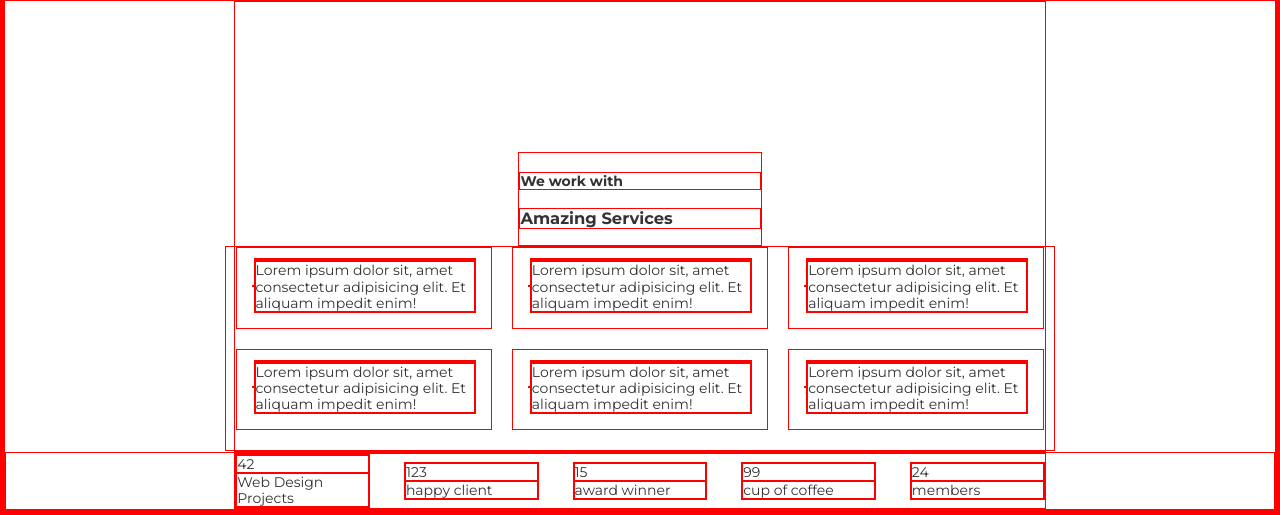
Repository: nataliiasaltan/Homework
Page: index.html
These files come from the project's save history. The page is drawn as it stood at one moment and after the next save; the edit follows.
The browser window is 1280 px wide. The pictures show the part of the page from y = 901 to 1454 px (the page is 1416 px tall before and 1454 px after).

Above is the page before, as saved 2020-02-27 10:16:31.

After the next save:
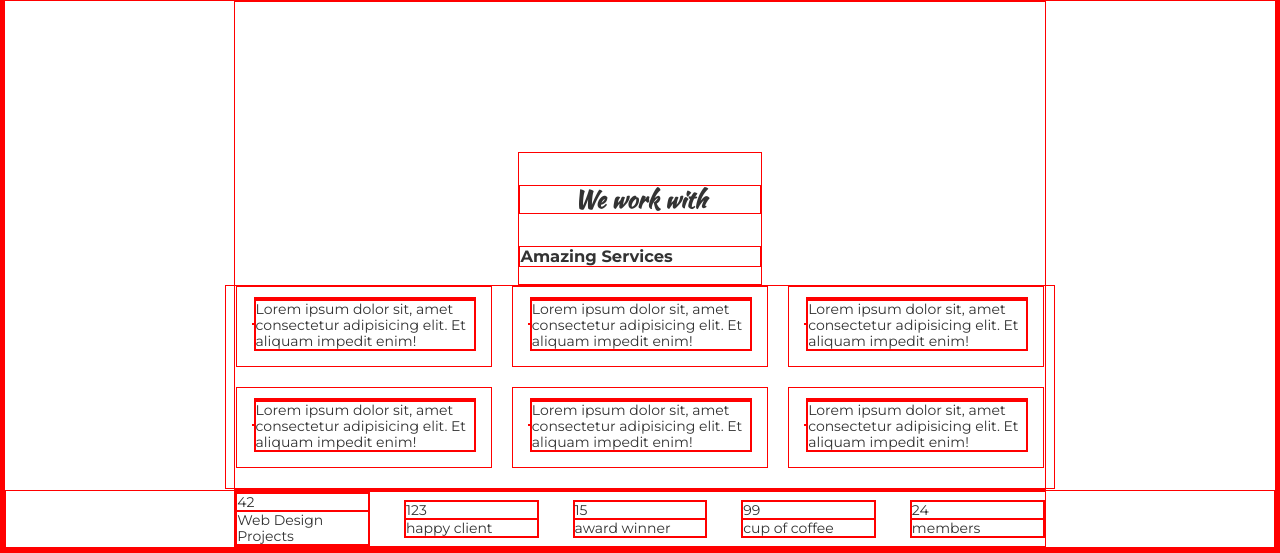
Saved 4 min 47 s later.
--- a/css/style.css
+++ b/css/style.css
@@ -214,3 +214,13 @@ header{
     max-width: 16.66%;
     width: 100%;
 }
+
+h4{
+    font-family: "Kaushan Script";
+    font-size: 24px;
+    text-align: center;
+}
+
+h3{
+
+}
